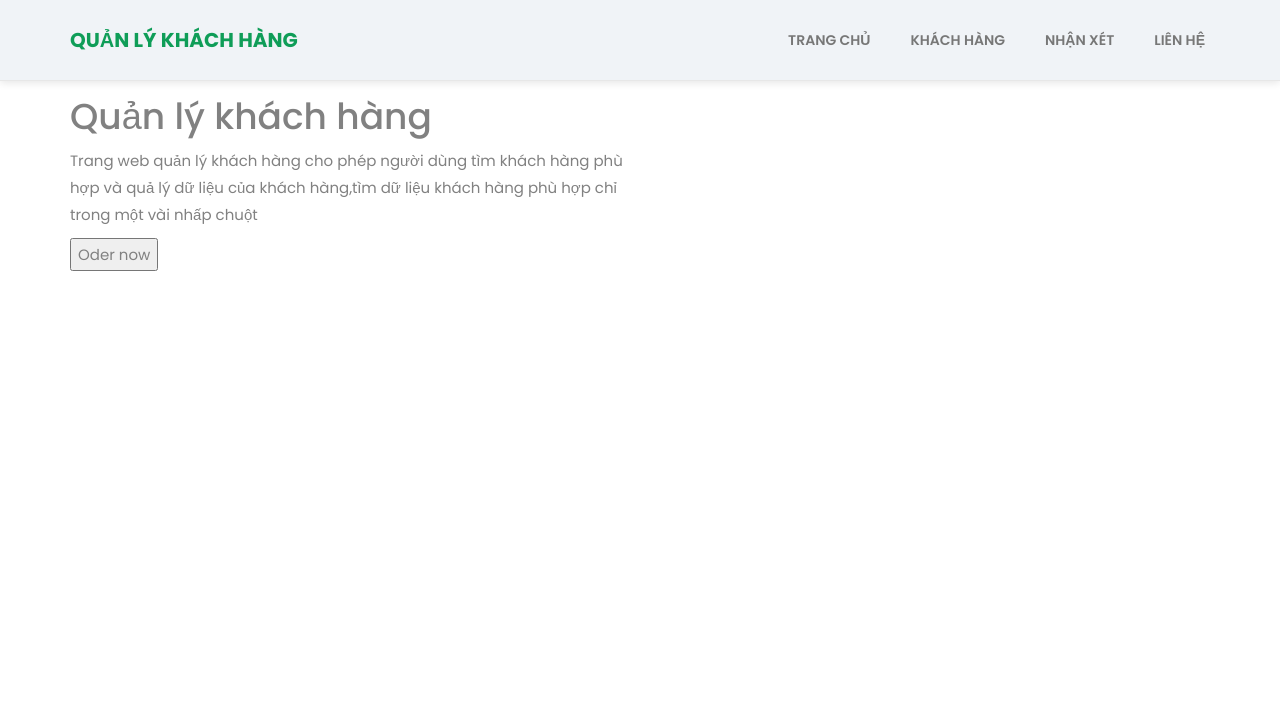
Repository: huutien1904/bt2-ltw
Page: index.html
An editor plug-in stored every save of this project. The page is shown before and after the next save, followed by the edit.
The browser window is 1280 px wide. The pictures show the whole page.

Above is the page before, as saved 2021-11-04 00:21:25.

After the next save:
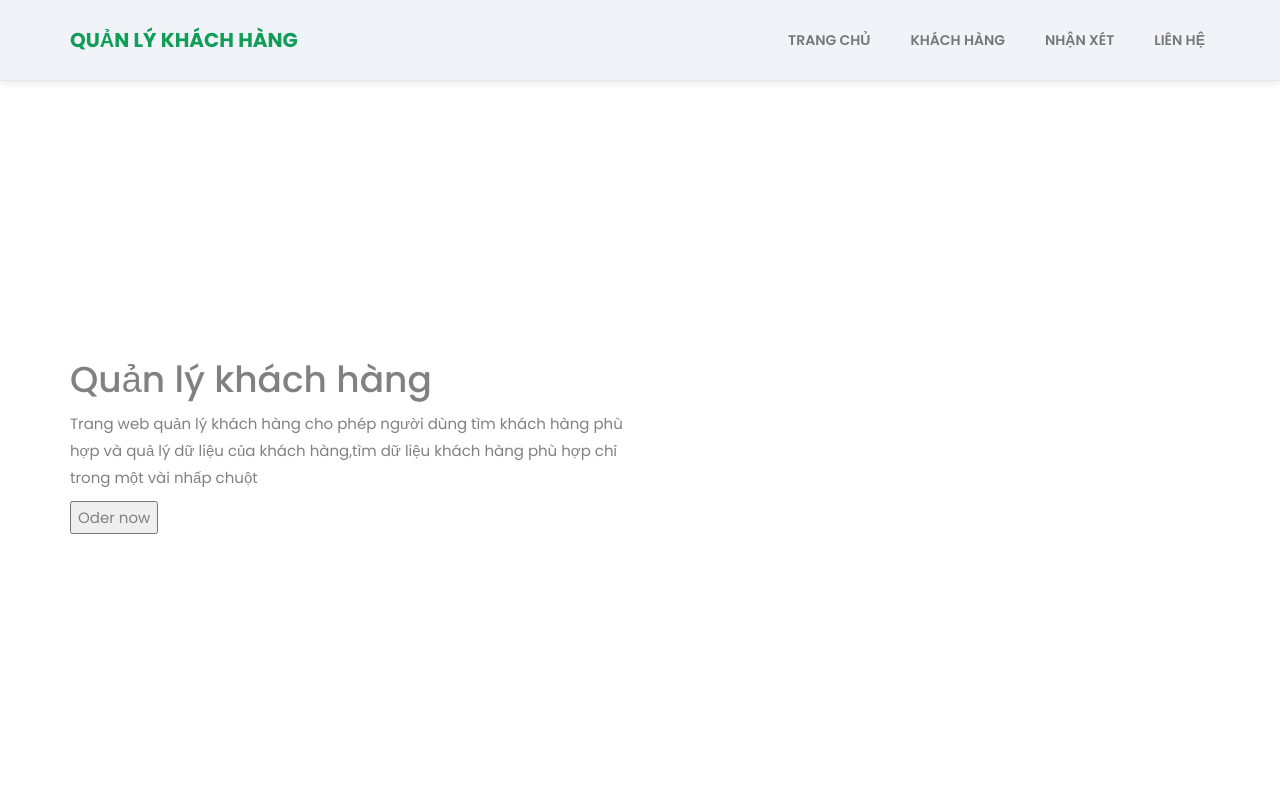
Saved 14 s later.
--- a/style.css
+++ b/style.css
@@ -38,12 +38,10 @@ body {
 }
 #home{
   margin-top: 77px;
-  height: 100
-vh
-;
-    display: flex;
-    justify-content: center;
-    align-items: center;
+  height: 100vh;
+  display: flex;
+  justify-content: center;
+  align-items: center;
 }
 /* .active_nav{
   background-color: var(--primary-color);
